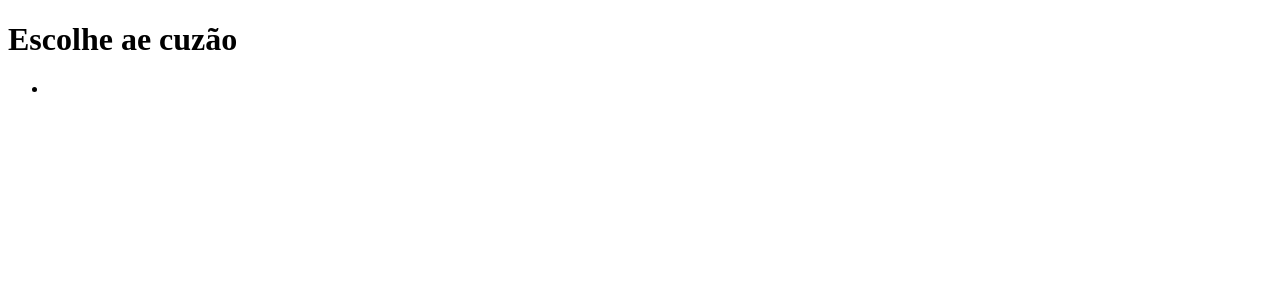
Repository: Leonngc/html-css
Page: ex024/otarios.html
These files come from the project's save history. The page is drawn as it stood at one moment and after a run of saves; the edit follows.
The browser window is 1280 px wide. The pictures show the whole page.

Above is the page before, as saved 2022-11-15 18:40:06.

### ex024/otarios.html
<!DOCTYPE html>
<html lang="pt-br">
<head>
    <meta charset="UTF-8">
    <meta http-equiv="X-UA-Compatible" content="IE=edge">
    <meta name="viewport" content="width=device-width, initial-scale=1.0">
    <title>Iframes</title>
</head>
<body>
    <h1>Escolhe ae cuzão</h1>
    <ul>
        <li><a href=""></a></li>
    </ul>
</body>
</html>

After the next 2 saves:
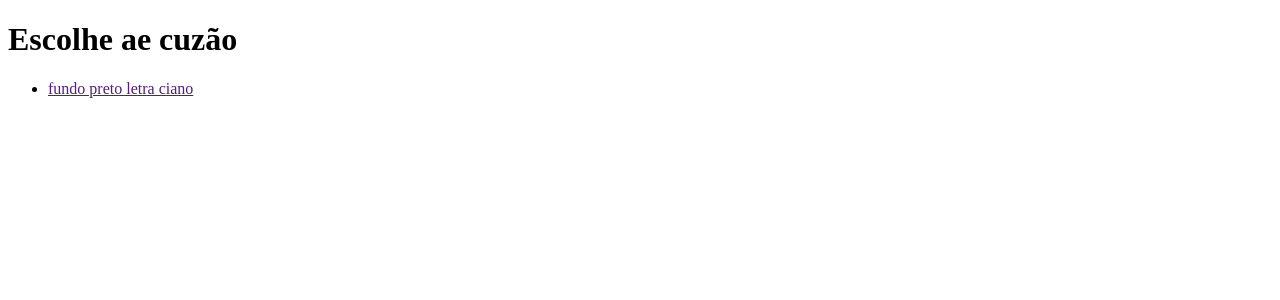
The 2 saves are shown as one change because they came seconds apart.
The last was saved 14 s later.
--- a/ex024/otarios.html
+++ b/ex024/otarios.html
@@ -9,7 +9,7 @@
 <body>
     <h1>Escolhe ae cuzão</h1>
     <ul>
-        <li><a href=""></a></li>
+        <li><a href="">fundo preto letra ciano</a></li>
     </ul>
 </body>
 </html>
